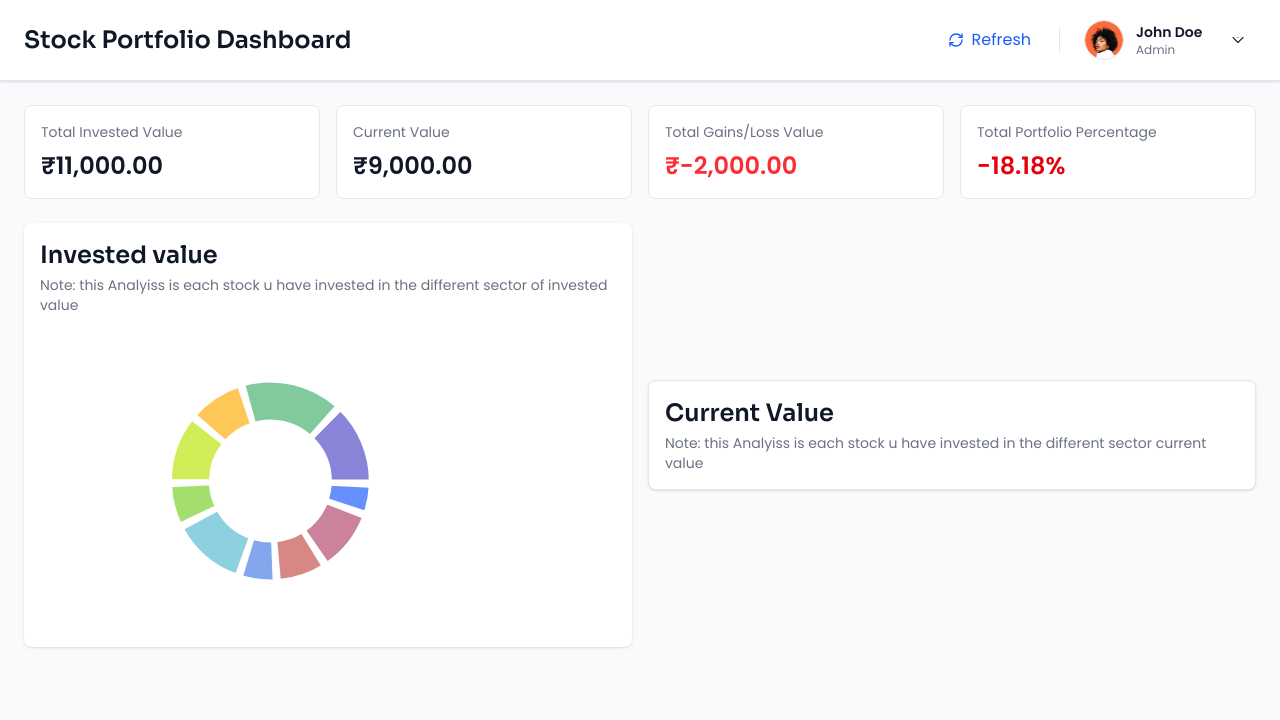
Repository: jabir12-12/inten-project
Page: /
The author's editor kept a copy of each file at every save. The page is drawn from the files as they stood at one save, then again after the next save.
The browser window is 1280 px wide. The pictures show the whole page.
The project was rebuilt for these pictures with package versions that can differ from the ones it lists, and the page was loaded fresh each time. The framework's server and built-in components were replaced by stand-ins that run in the browser. Also part of the build but not shown: next.config.ts.

Above is the page before, as saved 2025-05-17 15:13:58.

After the next save:
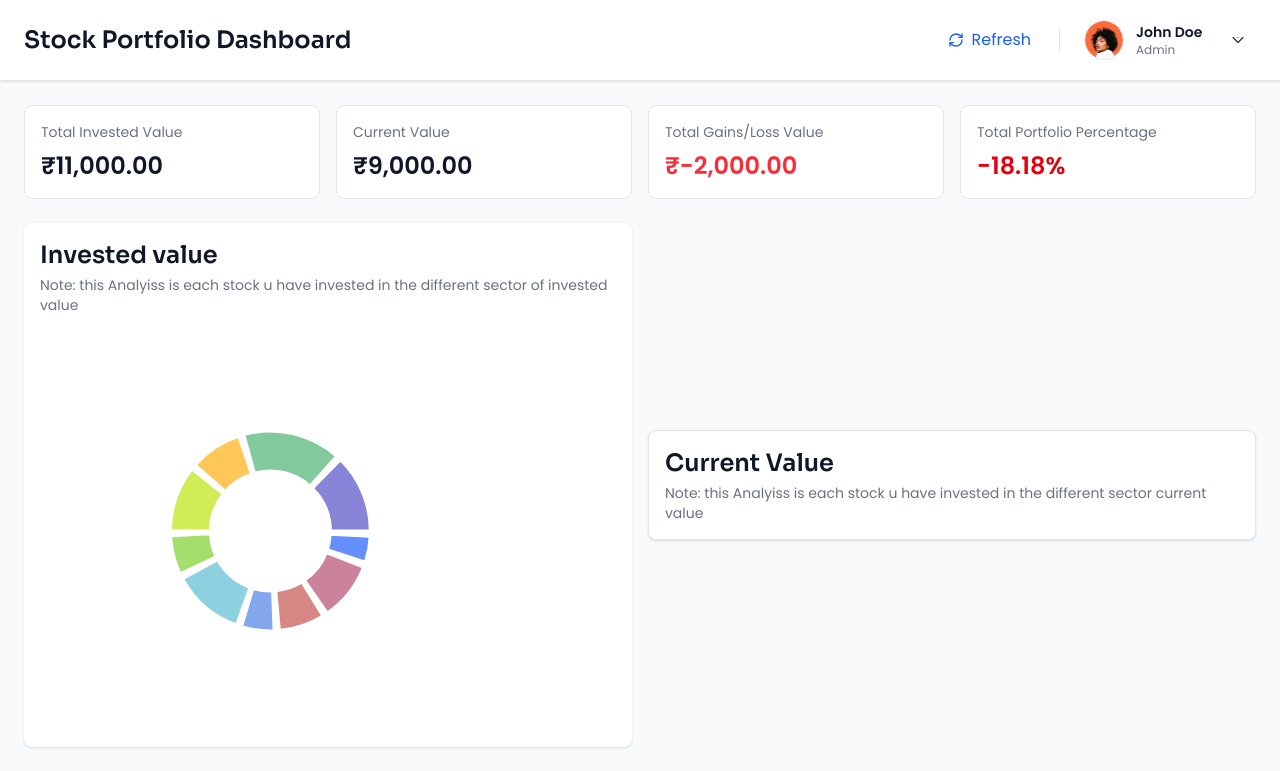
Saved 21 s later.
--- a/src/pages/index.tsx
+++ b/src/pages/index.tsx
@@ -180,7 +180,7 @@ export default function Home() {
               <h1 className="text-gray-900 font-semibold text-xl md:text-2xl">Invested value</h1>
               <span className="text-gray-500 text-sm">Note: this Analyiss is each stock u have invested in the different sector of invested value</span>
             </div>
-            <ResponsiveContainer width="80%" height={300} className="flex">
+            <ResponsiveContainer width="80%" height={400} className="flex">
               <PieChart>
                 <Tooltip content={<CustomPieTooltip />} cursor={false} />
                 <Pie
